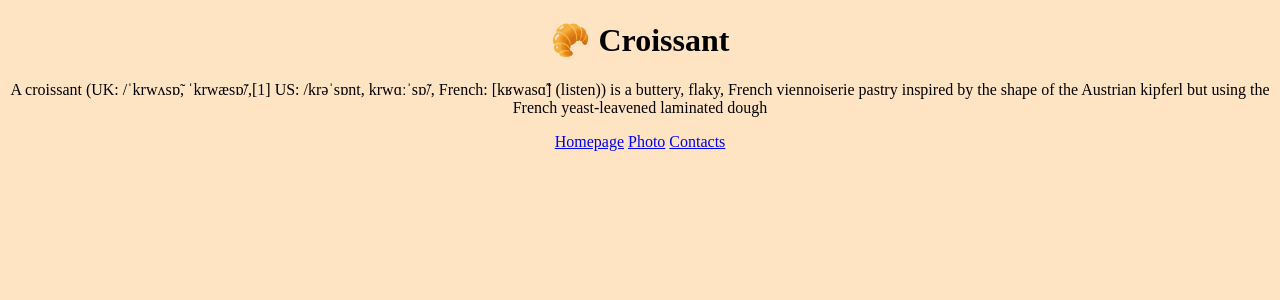
Repository: Bohoutdinova/Croissant
Page: index.html
An editor plug-in stored every save of this project. The page is shown before and after the next save, followed by the edit.
The browser window is 1280 px wide. The pictures show the whole page.

Above is the page before, as saved 2022-08-08 17:49:04.

### index.html
<!DOCTYPE html>
<html lang="en">
  <head>
    <meta charset="UTF-8" />
    <meta http-equiv="X-UA-Compatible" content="IE=edge" />
    <meta name="viewport" content="width=device-width, initial-scale=1.0" />
    <title>Croissant</title>
    <link rel="stylesheet" href="/src/style.css" />
  </head>
  <body>
    <h1 class="header-main">🥐 Croissant</h1>
    <p>
      A croissant (UK: /ˈkrwʌsɒ̃, ˈkrwæsɒ̃/,[1] US: /krəˈsɒnt, krwɑːˈsɒ̃/, French:
      [kʁwasɑ̃] (listen)) is a buttery, flaky, French viennoiserie pastry
      inspired by the shape of the Austrian kipferl but using the French
      yeast-leavened laminated dough
    </p>
    <div class="container">
      <a href="/index.html">Homepage</a>
      <a href="/photo.html">Photo</a>
      <a href="/contact.html">Contacts</a>
    </div>
  </body>
</html>

### src/style.css
body {
  background-color: bisque;
}
h1 {
  text-align: center;
}
p {
  text-align: center;
}
.container {
  text-align: center;
  margin: 10;
}
a {
  padding: 20;
}

After the next save:
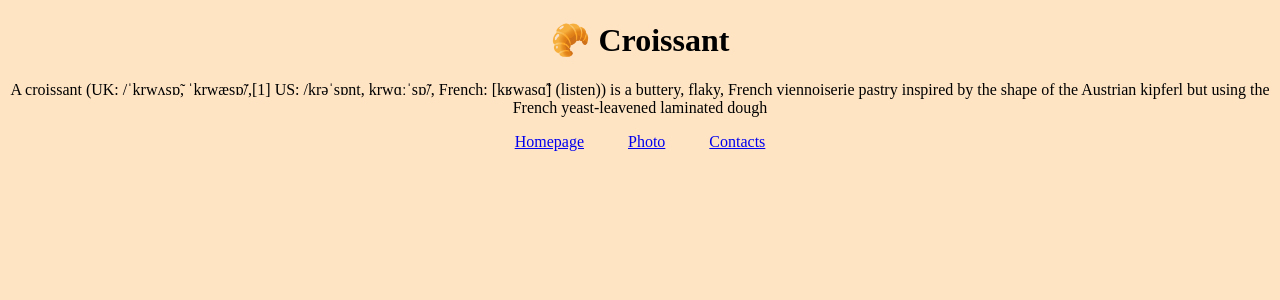
Saved 24 s later.
--- a/src/style.css
+++ b/src/style.css
@@ -12,5 +12,5 @@ p {
   margin: 10;
 }
 a {
-  padding: 20;
+  padding: 20px;
 }
